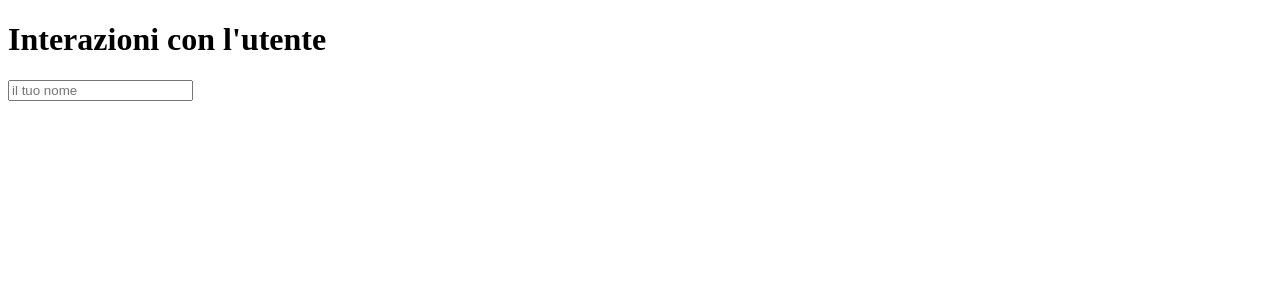
Repository: daniells-21/Pre-Corso-Ch2
Page: Pre-Corso.Ch2/index.html
An editor plug-in stored every save of this project. The page is shown before and after the next save, followed by the edit.
The browser window is 1280 px wide. The pictures show the whole page.

Above is the page before, as saved 2023-04-12 12:25:14.

### Pre-Corso.Ch2/index.html
<!DOCTYPE html>
<html lang="en">
<head>
    <meta charset="UTF-8">
    <meta http-equiv="X-UA-Compatible" content="IE=edge">
    <meta name="viewport" content="width=device-width, initial-scale=1.0">
    <title>Form e input fields</title>
</head>
<body>
    <h1>Interazioni con l'utente</h1>
<div>
    <input type="text" placeholder="il tuo nome"/>
</div>

</body>
</html>

After the next save:
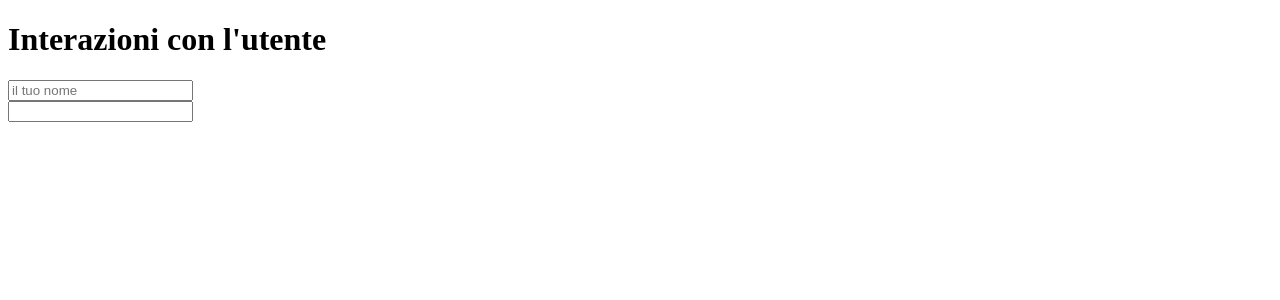
Saved 9 min 5 s later.
--- a/Pre-Corso.Ch2/index.html
+++ b/Pre-Corso.Ch2/index.html
@@ -11,6 +11,8 @@
 <div>
     <input type="text" placeholder="il tuo nome"/>
 </div>
-
+<div>
+    <input type="text"
+</div>
 </body>
 </html>
